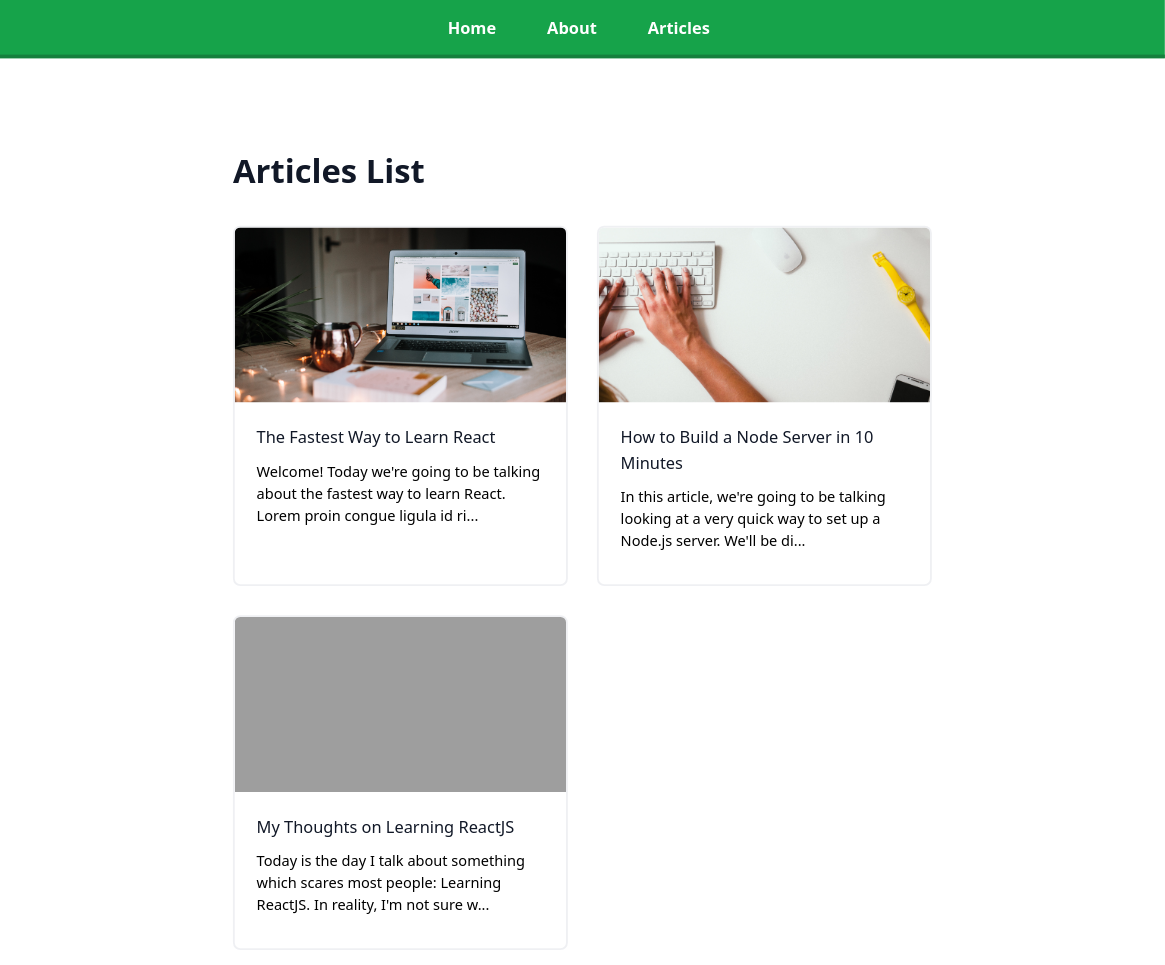
Repository: wenxi0504/BLOG
Page: /articles-list (app in client/)
An editor plug-in stored every save of this project. The page is shown before and after the next save, followed by the edit.
The browser window is 1280 px wide. The pictures show the whole page, at 91% of full size.
Pictures or frames that could not be fetched are drawn as grey boxes. The project was rebuilt for these pictures with package versions that can differ from the ones it lists, and the page was loaded fresh each time. Also part of the build but not shown: client/src/pages/Home.js, client/src/pages/About.js, client/src/pages/Article.js.

Above is the page before, as saved 2022-09-11 22:09:05.

After the next save:
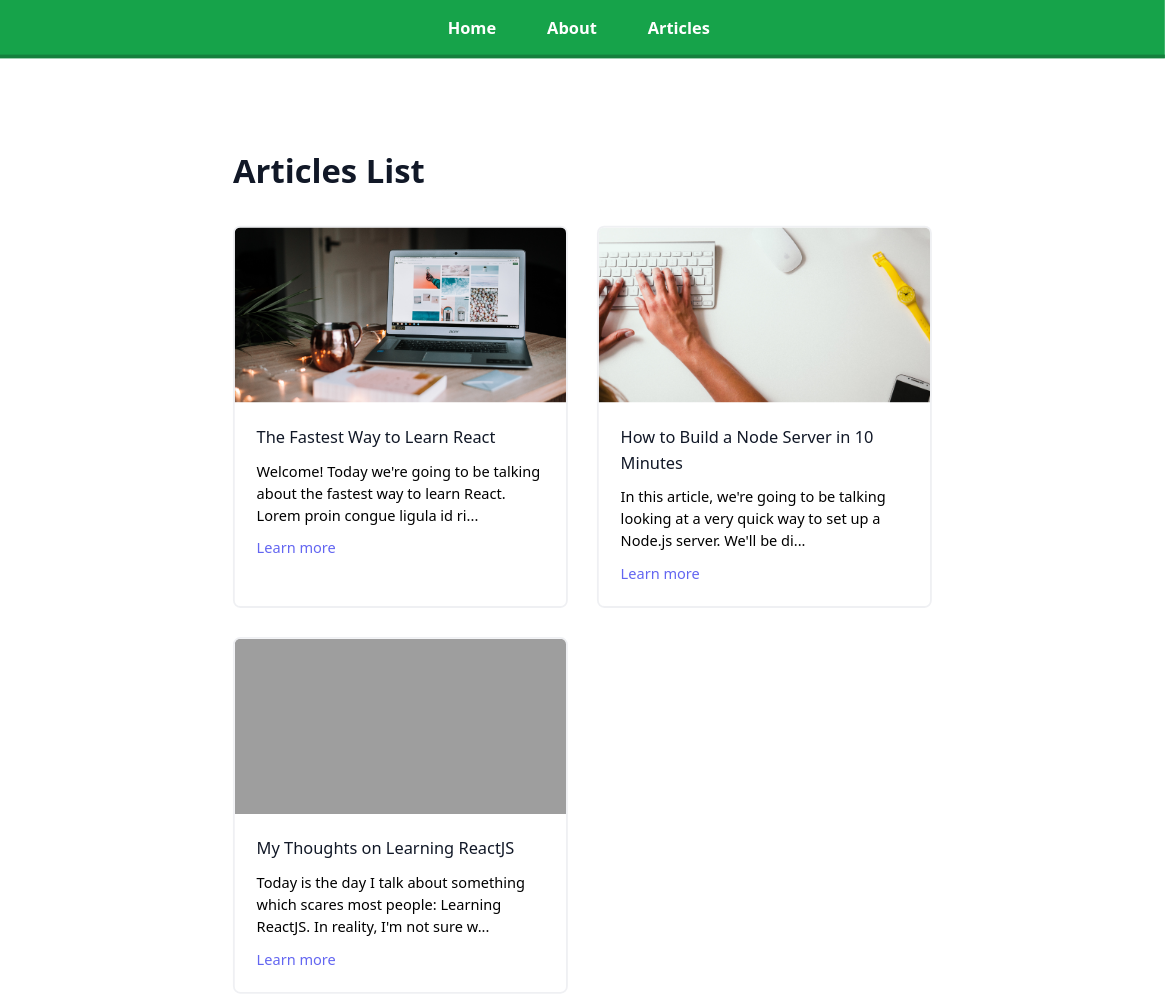
Saved 4 min 24 s later.
--- a/client/src/pages/ArticlesList.js
+++ b/client/src/pages/ArticlesList.js
@@ -22,6 +22,12 @@ const ArticlesList = () => {
                                       { article.content[0].substring(0,110)}...
                                   </p>
 
+                                  <div className="flex item-center flex wrap">
+                                      <Link className="text-indigo-500 inline-flex items-center md:mb-2 lg:mb-0" to={ `/article/${article.name}`}>
+                                          Learn more
+                                      </Link>
+                                  </div>
+
                               </div>
                           </div>
                       </div>
